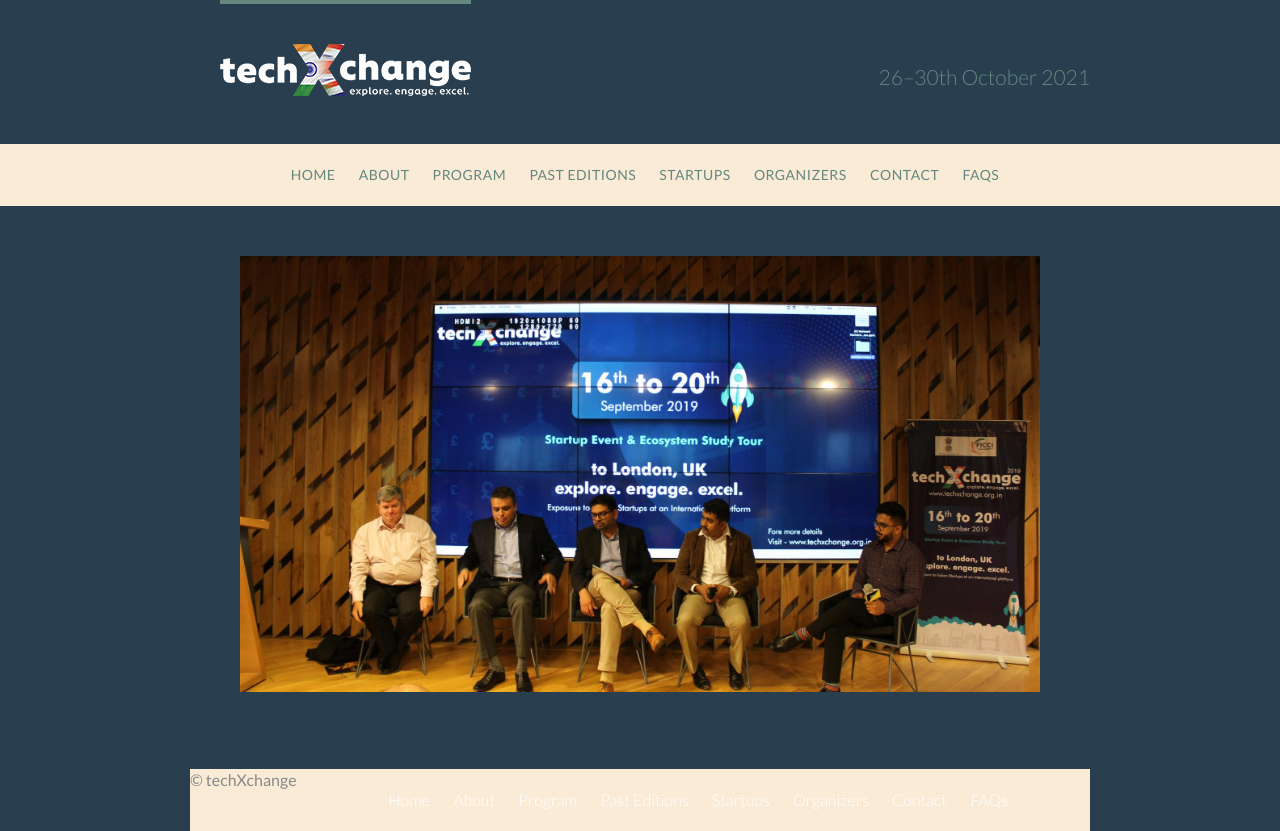
Repository: srush-shah/techXchange
Page: index.html
The author's editor kept a copy of each file at every save. The page is drawn from the files as they stood at one save, then again after the next save.
The browser window is 1280 px wide. The pictures show the whole page.

Above is the page before, as saved 2021-07-16 04:32:46.

After the next save:
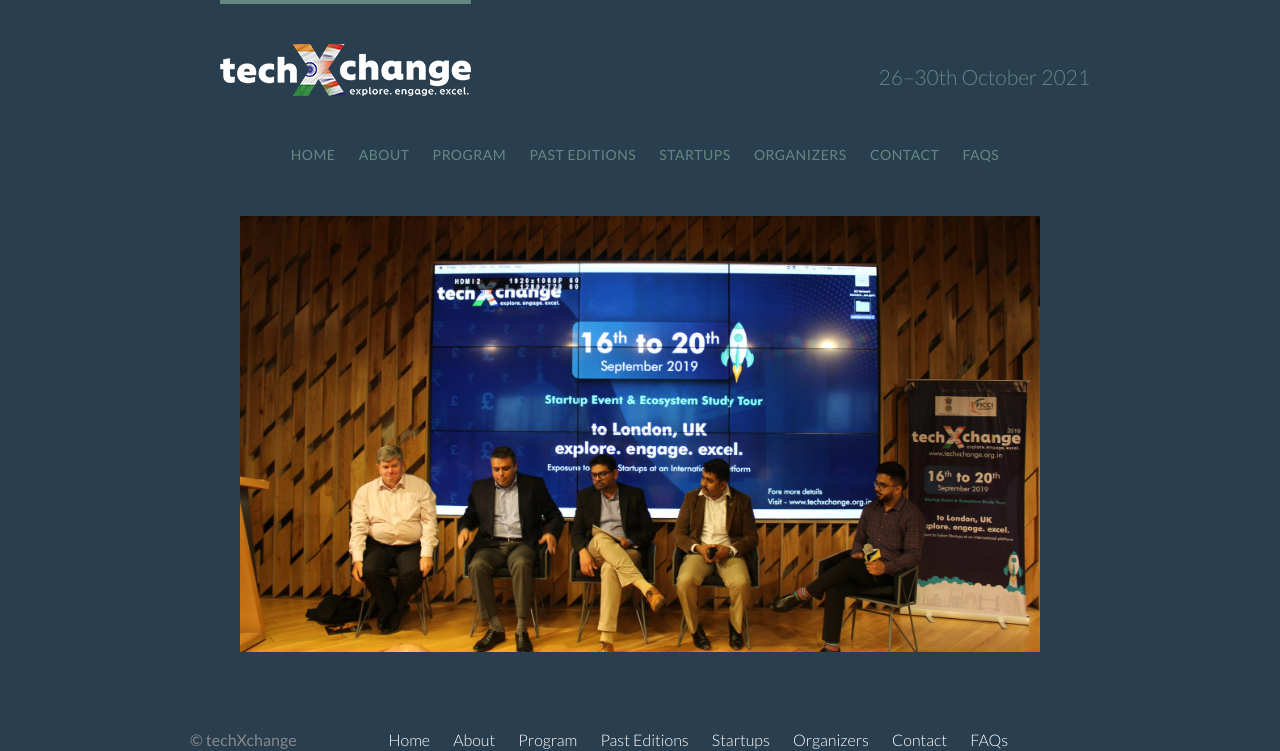
Saved 73 s later.
--- a/assets/stylesheets/main.css
+++ b/assets/stylesheets/main.css
@@ -325,11 +325,6 @@
   text-align: right;
 }
 
-.nav {
-  background-color: antiquewhite;
-  padding: 20px 0;
-}
-
 .primary-nav {
   font-size: 14px;
   font-weight: 400;
